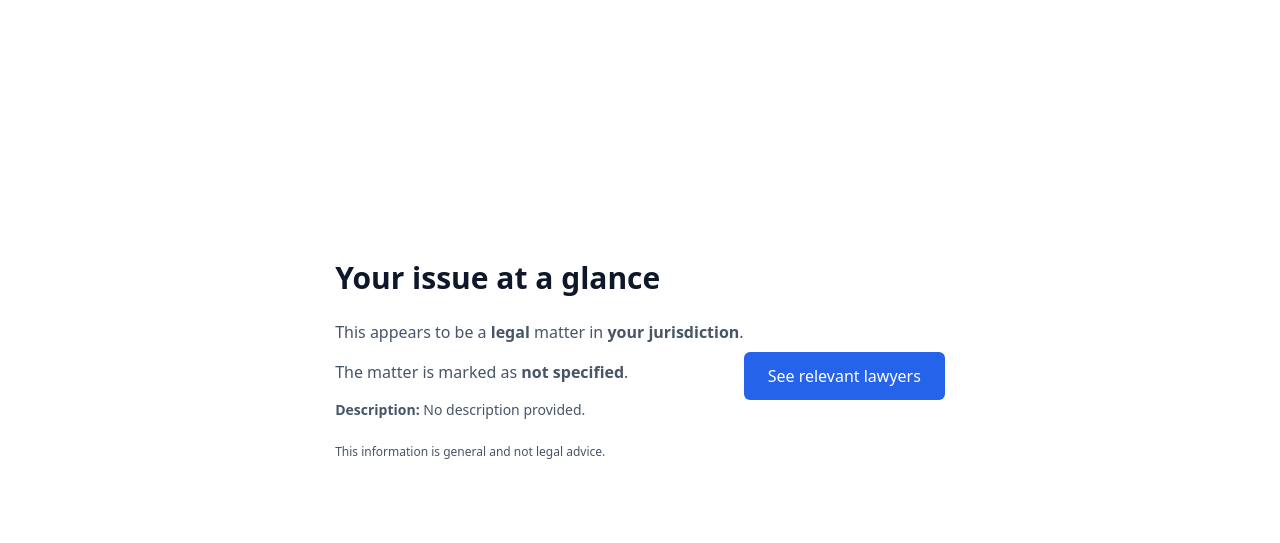
Repository: Aroxy22/legal-res
Page: /intake/summary
These files come from the project's save history. The page is drawn as it stood at one moment and after the next save; the edit follows.
The browser window is 1280 px wide. The pictures show the whole page.
The project was rebuilt for these pictures with package versions that can differ from the ones it lists, and the page was loaded fresh each time. The framework's server and built-in components were replaced by stand-ins that run in the browser. Also part of the build but not shown: next.config.ts.

Above is the page before, as saved 2025-12-22 01:59:02.

After the next save:
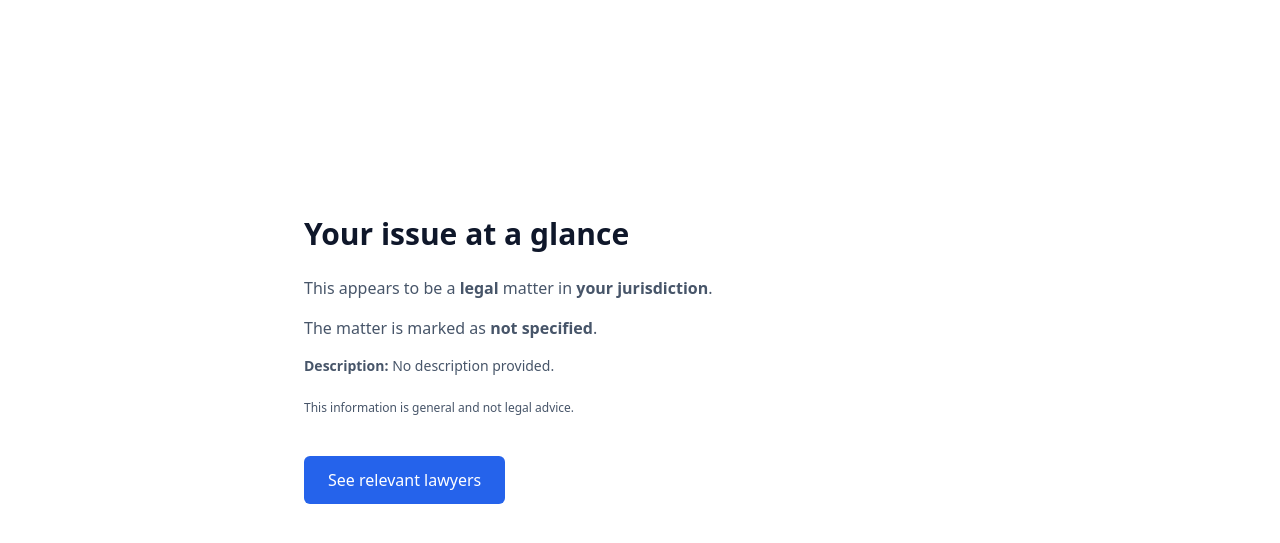
Saved 4 min 24 s later.
--- a/app/intake/summary/page.tsx
+++ b/app/intake/summary/page.tsx
@@ -1,17 +1,21 @@
 "use client";
 
+import { useRouter } from "next/navigation";
 import { useIntake } from "../_context/IntakeContext";
 
 export default function IntakeSummary() {
   const { data } = useIntake();
+  const router = useRouter();
 
   return (
     <div className="min-h-screen bg-white flex items-center justify-center px-6">
-      <div className="max-w-2xl">
+      <div className="max-w-2xl w-full">
+        {/* Title */}
         <h2 className="text-3xl font-semibold text-textPrimary">
           Your issue at a glance
         </h2>
 
+        {/* Summary */}
         <p className="mt-6 text-textSecondary">
           This appears to be a{" "}
           <strong>{data.category ?? "legal"}</strong> matter in{" "}
@@ -33,20 +37,22 @@ export default function IntakeSummary() {
           {data.description ?? "No description provided."}
         </p>
 
+        {/* Disclaimer */}
         <p className="mt-6 text-xs text-textSecondary">
           This information is general and not legal advice.
         </p>
+
+        {/* CTA */}
+        <div className="mt-10">
+          <button
+            onClick={() => router.push("/lawyers")}
+            className="px-6 py-3 bg-primary text-white rounded-md
+                       hover:bg-primaryHover transition"
+          >
+            See relevant lawyers
+          </button>
+        </div>
       </div>
-      <div className="mt-8">
-  <button
-    onClick={() => window.location.href = "/lawyers"}
-    className="px-6 py-3 bg-primary text-white rounded-md
-               hover:bg-primaryHover transition"
-  >
-    See relevant lawyers
-  </button>
-</div>
-
     </div>
   );
 }
